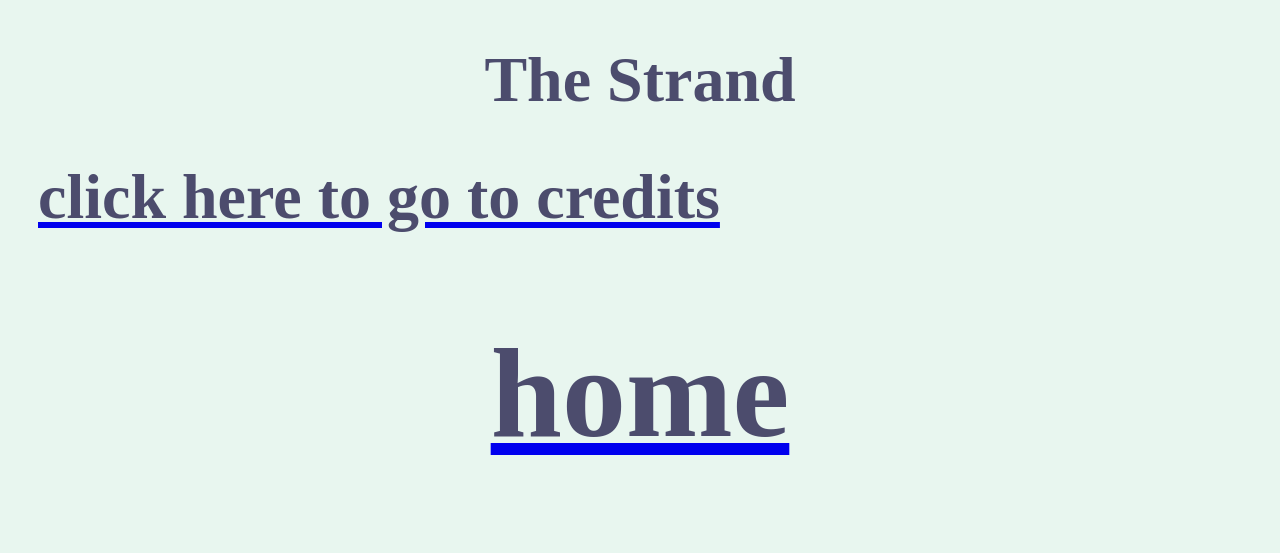
Repository: neomort/comm-lab-vid-site
Page: watch.html
The author's editor kept a copy of each file at every save. The page is drawn from the files as they stood at one save, then again after the next save.
The browser window is 1280 px wide. The pictures show the part of the page from y = 707 to 1260 px (the page is 1260 px tall before and 1101 px after).

Above is the page before, as saved 2021-09-23 16:43:12.

After the next save:
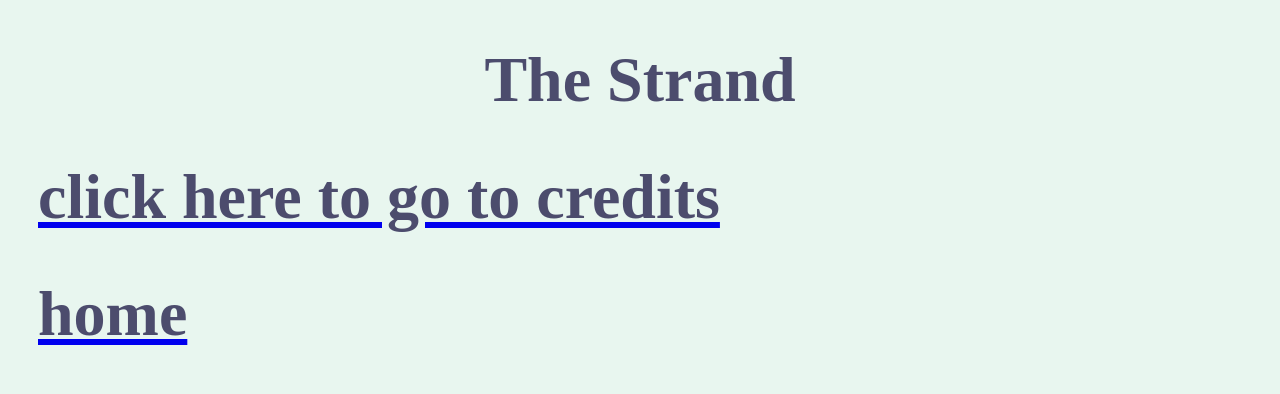
Saved 11 s later.
--- a/watch.html
+++ b/watch.html
@@ -16,7 +16,7 @@
       <h1 class="header-text text-dark font">The Strand<h1>
 
     <a href="credits.html"><h1 class="text-dark font">click here to go to credits</h1></a>
-    <a href="index.html"><h1 class="header-text text-dark font">home</h1></a>
+    <a href="index.html"><h1 class=" text-dark font">home</h1></a>
   </div>
   </div>
 </body>
